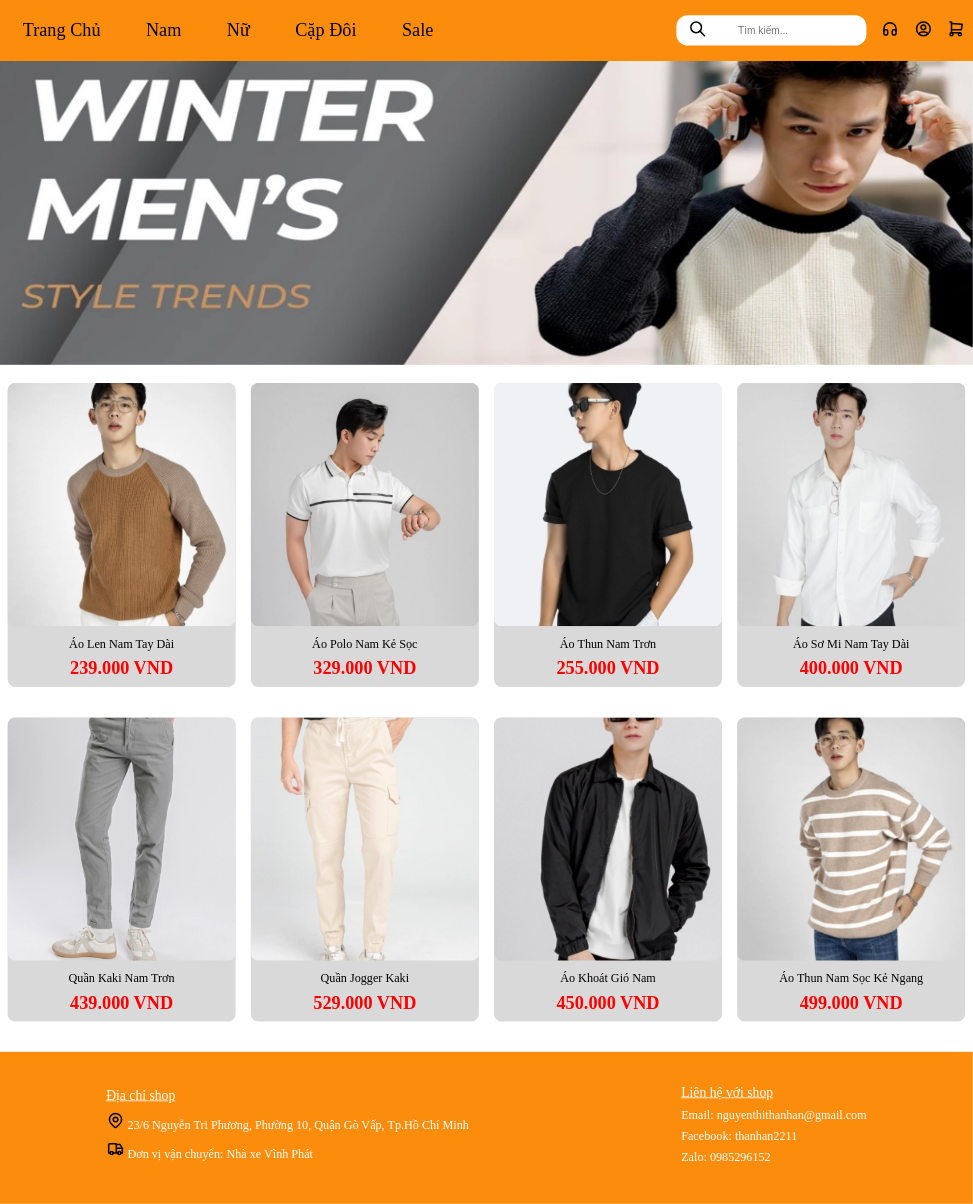
Repository: manhhieu120499/Project_ShopQuanAo
Page: html/nam.html
The author's editor kept a copy of each file at every save. The page is drawn from the files as they stood at one save, then again after a run of saves.
The browser window is 1280 px wide. The pictures show the whole page, at 76% of full size.

Above is the page before, as saved 2023-03-05 23:36:40.

### html/nam.html
<!DOCTYPE html>
<html lang="en">
<head>
    <meta charset="UTF-8">
    <meta http-equiv="X-UA-Compatible" content="IE=edge">
    <meta name="viewport" content="width=device-width, initial-scale=1.0">
    <title>Document</title>
    <link rel="stylesheet" href="/css/style_nam.css">
</head>
<body>
    <div class="wrap">
        <div class="header">
            <div class="header_nav">
                <a href="#">Trang Chủ</a>
                <a href="#">Nam</a>
                <a href="#">Nữ</a>
                <a href="#">Cặp Đôi</a>
                <a href="#">Sale</a>
            </div>
            <div class="right_header">
                <a href="#" class="search">
                    <svg xmlns="http://www.w3.org/2000/svg" class="icon icon-tabler icon-tabler-search" width="24" height="24" viewBox="0 0 24 24" stroke-width="2" stroke="currentColor" fill="none" stroke-linecap="round" stroke-linejoin="round">
                        <path stroke="none" d="M0 0h24v24H0z" fill="none"></path>
                        <path d="M10 10m-7 0a7 7 0 1 0 14 0a7 7 0 1 0 -14 0"></path>
                        <path d="M21 21l-6 -6"></path>
                     </svg>
                </a>
                <input type="text" placeholder="                  Tìm kiếm...">
                <a href="#" class="headphone">
                    <svg xmlns="http://www.w3.org/2000/svg" class="icon icon-tabler icon-tabler-headphones " width="24" height="24" viewBox="0 0 24 24" stroke-width="2" stroke="currentColor" fill="none" stroke-linecap="round" stroke-linejoin="round">
                        <path stroke="none" d="M0 0h24v24H0z" fill="none"></path>
                        <path d="M4 13m0 2a2 2 0 0 1 2 -2h1a2 2 0 0 1 2 2v3a2 2 0 0 1 -2 2h-1a2 2 0 0 1 -2 -2z"></path>
                        <path d="M15 13m0 2a2 2 0 0 1 2 -2h1a2 2 0 0 1 2 2v3a2 2 0 0 1 -2 2h-1a2 2 0 0 1 -2 -2z"></path>
                        <path d="M4 15v-3a8 8 0 0 1 16 0v3"></path>
                     </svg>
                    </a>
                    <p class="phone_number">Hotline: 19008198</p>
                <a href="#">
                    <svg xmlns="http://www.w3.org/2000/svg" class="icon icon-tabler icon-tabler-user-circle " width="24" height="24" viewBox="0 0 24 24" stroke-width="2" stroke="currentColor" fill="none" stroke-linecap="round" stroke-linejoin="round">
                        <path stroke="none" d="M0 0h24v24H0z" fill="none"></path>
                        <path d="M12 12m-9 0a9 9 0 1 0 18 0a9 9 0 1 0 -18 0"></path>
                        <path d="M12 10m-3 0a3 3 0 1 0 6 0a3 3 0 1 0 -6 0"></path>
                        <path d="M6.168 18.849a4 4 0 0 1 3.832 -2.849h4a4 4 0 0 1 3.834 2.855"></path>
                     </svg>
                </a>
                <a href="#">
                    <svg xmlns="http://www.w3.org/2000/svg" class="icon icon-tabler icon-tabler-shopping-cart" width="24" height="24" viewBox="0 0 24 24" stroke-width="2" stroke="currentColor" fill="none" stroke-linecap="round" stroke-linejoin="round">
                        <path stroke="none" d="M0 0h24v24H0z" fill="none"></path>
                        <path d="M6 19m-2 0a2 2 0 1 0 4 0a2 2 0 1 0 -4 0"></path>
                        <path d="M17 19m-2 0a2 2 0 1 0 4 0a2 2 0 1 0 -4 0"></path>
                        <path d="M17 17h-11v-14h-2"></path>
                        <path d="M6 5l14 1l-1 7h-13"></path>
                     </svg>
                </a>
            </div>
        </div>

        <!--Slide_bar-->
        <div class="slide_bar">
            <img src="/image/image_trangnam/16.jpg" alt="picture_panel">
        </div>

        <!--products-->
        <div class="products">
            <div class="product_one">
                 <div class="product_item">
                    <a href="#"><img src="/image/image_trangnam/22.jpg" alt=""></a>
                    <p>Áo Len Nam Tay Dài</p>
                    <p>239.000 VND</p>
                 </div>
                 <div class="product_item">
                    <a href="#"><img src="/image/image_trangnam/17.jpg" alt=""></a>
                    <p>Áo Polo Nam Kẻ Sọc</p>
                    <p>329.000 VND</p>
                 </div>
                 <div class="product_item">
                    <a href="#"><img src="/image/image_trangnam/23.jpg" alt=""></a>
                    <p>Áo Thun Nam Trơn</p>
                    <p>255.000 VND</p>
                 </div>
                 <div class="product_item">
                    <a href="#"><img src="/image/image_trangnam/19.jpg" alt=""></a>
                    <p>Áo Sơ Mi Nam Tay Dài</p>
                    <p>400.000 VND</p>
                 </div>
            </div>

            <div class="product_one product_two">
                <div class="product_item">
                   <a href="#"><img src="/image/image_trangnam/24.jpg" alt=""></a>
                   <p>Quần Kaki Nam Trơn</p>
                   <p>439.000 VND</p>
                </div>
                <div class="product_item">
                   <a href="#"><img src="/image/image_trangnam/25.jpg" alt=""></a>
                   <p>Quần Jogger Kaki</p>
                   <p>529.000 VND</p>
                </div>
                <div class="product_item">
                   <a href="#"><img src="/image/image_trangnam/26.jpg" alt=""></a>
                   <p>Áo Khoát Gió Nam</p>
                   <p>450.000 VND</p>
                </div>
                <div class="product_item">
                   <a href="#"><img src="/image/image_trangnam/27.jpg" alt=""></a>
                   <p>Áo Thun Nam Sọc Kẻ Ngang</p>
                   <p>499.000 VND</p>
                </div>
           </div>
        </div>

        <!--Footer-->
        <div class="footer">
            <div class="left_footer">
                  <p class="address">Địa chỉ shop</p>
                  <p>
                    <a class="icon">
                        <svg xmlns="http://www.w3.org/2000/svg" class="icon icon-tabler icon-tabler-map-pin" width="24" height="24" viewBox="0 0 24 24" stroke-width="2" stroke="currentColor" fill="none" stroke-linecap="round" stroke-linejoin="round">
                            <path stroke="none" d="M0 0h24v24H0z" fill="none"></path>
                            <path d="M12 11m-3 0a3 3 0 1 0 6 0a3 3 0 1 0 -6 0"></path>
                            <path d="M17.657 16.657l-4.243 4.243a2 2 0 0 1 -2.827 0l-4.244 -4.243a8 8 0 1 1 11.314 0z"></path>
                         </svg>
                    </a>
                     23/6 Nguyễn Tri Phương, Phường 10, Quận Gò Vấp, Tp.Hồ Chí Minh
                  </p>
                  <p>
                    <a>
                        <svg xmlns="http://www.w3.org/2000/svg" class="icon icon-tabler icon-tabler-truck" width="24" height="24" viewBox="0 0 24 24" stroke-width="2" stroke="currentColor" fill="none" stroke-linecap="round" stroke-linejoin="round">
                            <path stroke="none" d="M0 0h24v24H0z" fill="none"></path>
                            <path d="M7 17m-2 0a2 2 0 1 0 4 0a2 2 0 1 0 -4 0"></path>
                            <path d="M17 17m-2 0a2 2 0 1 0 4 0a2 2 0 1 0 -4 0"></path>
                            <path d="M5 17h-2v-11a1 1 0 0 1 1 -1h9v12m-4 0h6m4 0h2v-6h-8m0 -5h5l3 5"></path>
                         </svg>
                         Đơn vị vận chuyển: Nhà xe Vĩnh Phát
                    </a>
                  </p>
            </div>
            <div class="right_footer">
                 <p class="address">Liên hệ với shop</p>
                 <p>Email: nguyenthithanhan@gmail.com</p>
                 <p>Facebook: thanhan2211</p>
                 <p>Zalo: 0985296152</p>
            </div>

        </div>
    </div>
</body>
</html>

### css/style_nam.css
* {
    margin: 0;
    box-sizing: border-box;
}

.header {
    background-color: #FC8D0C;
    width: 100%;
    height: 80px;
    display: flex;
    justify-content: space-between;
    align-items: center;
    position: fixed;
    top: 0;
    left: 0;
}

.header .header_nav {
    display: flex;
    justify-content: space-around;
    width: 600px;
}

.header_nav > a {
    color: black;
    text-decoration: none;
    font-size: 24px;
}

.header_nav > a:hover {
    color: white;
}

.header .right_header {
    display: flex;
    justify-content: space-around;
    width: 400px;
    align-items: center;
}

.right_header > input {
    width: 250px;
    height: 40px;
    padding: 0 15px;
    border-radius: 15px;
    border: none;
    position: relative;
}

.right_header > a {
    color: black;
}

.right_header .search {
    position: absolute;
    z-index: 1;
    right: 350px;
}

.slide_bar {
    margin-top: 80px;
}

.slide_bar > img {
    width: 100%;
    height: 400px;
    object-fit: fill;
}


/*products*/
.products {
    margin-top: 20px;
}
.product_one {
    display: flex;
    justify-content: space-around;
}

.product_one .product_item {
    width: 300px;
    height: 400px;
    background-color: #D9D9D9;
    border-radius: 10px;
}

.product_item > a > img {
    width: 100%;
    height: 320px;
    border-radius: 10px;
    object-fit: cover;
}

.product_item > p {
    font-size: 16px;
    text-align: center;
    margin-top: 10px;
}

.product_item > p:nth-child(3) {
    color: red;
    font-size: 24px;
    font-weight: bold;
}

.product_two {
    margin-top: 40px;
}

/*footer*/

.footer {
    margin-top: 40px;
    width: 100%;
    height: 200px;
    background-color: #FC8D0C;
    display: flex;
    justify-content: space-around;
    align-items: center;
    color: white;
}

.footer .left_footer {
    display: flex;
    flex-direction: column;
}

.left_footer p {
    margin-bottom: 10px;
}

.left_footer .address {
    text-decoration: underline;
    font-size: 18px;
}

.footer .right_footer {
    display: flex;
    flex-direction: column;
}

.right_footer p {
    margin-bottom: 10px;
}

.right_footer .address {
    text-decoration: underline;
    font-size: 18px;
}

.footer svg {
    color: black;
}


/* .headphone {
    position: relative;
    display: block;
} */

.right_header {
    position: relative;
}

.headphone:hover> .phone_number{
    display: block;
}

.phone_number {
    position: absolute;
    margin-top: 90px;
    margin-left: 192px;
    width: 200px;
    height: 40px;
    background-color: white;
    text-align: center;
    line-height: 40px;
    display: none;
    border-radius: 10px;
}

After the next 3 saves:
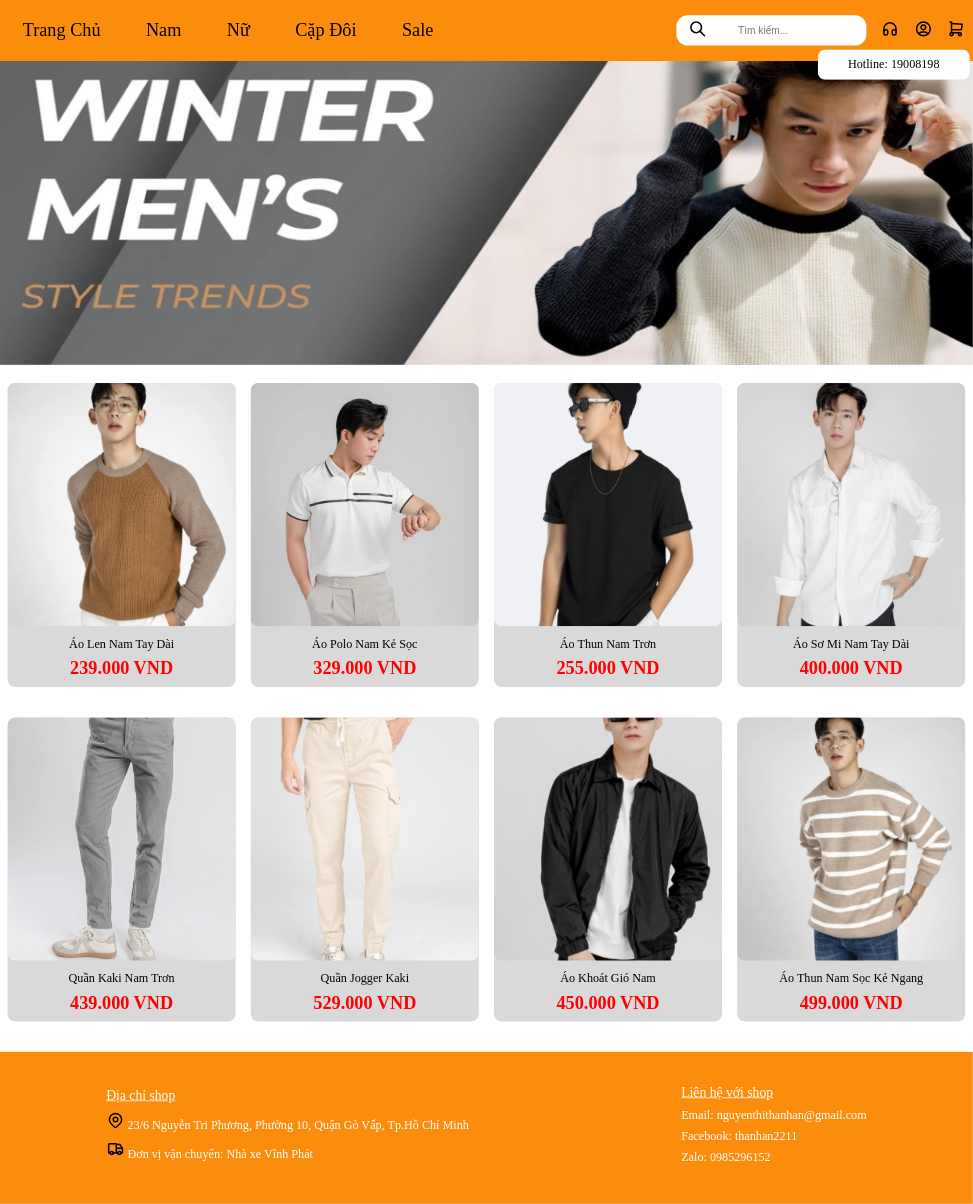
The 3 saves are shown as one change because they came seconds apart.
The last was saved 71 s later.
--- a/css/style_nam.css
+++ b/css/style_nam.css
@@ -162,7 +162,7 @@
     position: relative;
 }
 
-.headphone:hover> .phone_number{
+.right-header:hover> .phone_number{
     display: block;
 }
 
@@ -175,6 +175,6 @@
     background-color: white;
     text-align: center;
     line-height: 40px;
-    display: none;
+    /* display: none; */
     border-radius: 10px;
 }

After the save that followed:
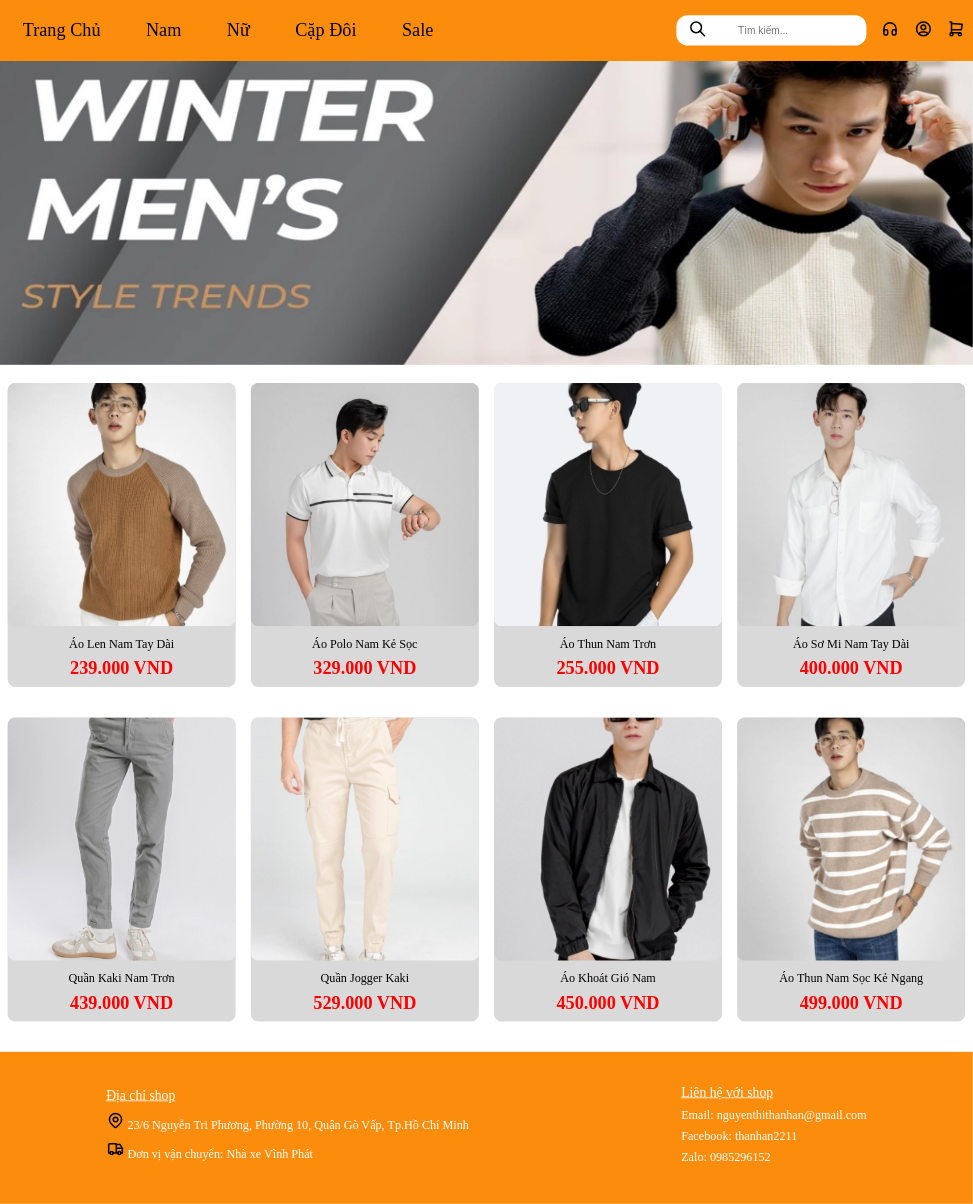
Saved 12 s later.
--- a/css/style_nam.css
+++ b/css/style_nam.css
@@ -175,6 +175,6 @@
     background-color: white;
     text-align: center;
     line-height: 40px;
-    /* display: none; */
+    display: none;
     border-radius: 10px;
 }
